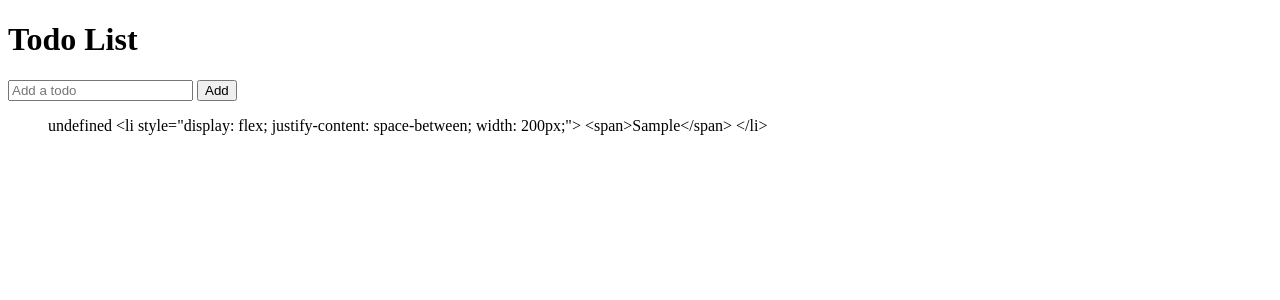
Repository: ble-syn/Todo-list
Page: index.html
The author's editor kept a copy of each file at every save. The page is drawn from the files as they stood at one save, then again after the next save.
The browser window is 1280 px wide. The pictures show the whole page.
Empty fields were first filled with sample values (such as "Sample", 5 or name@example.com).
After loading, the first visible `button` was clicked once.

Above is the page before, as saved 2022-10-20 17:39:32.

### index.html
<!DOCTYPE html>
<html lang="en">
<head>
    <meta charset="UTF-8">
    <meta http-equiv="X-UA-Compatible" content="IE=edge">
    <meta name="viewport" content="width=device-width, initial-scale=1.0">
    <title>Todo List</title>
</head>
<body>

    <main>
        <h1>Todo List</h1>
            <input type="text" name="todo" placeholder="Add a todo">
            <button>Add</button>
            <ul id="list"></ul>
    </main>

    <script src="app.js"></script>
</body>
</html>

### app.js
const todo = document.querySelector("input");
const button = document.querySelector("button");
let todoList = document.querySelector("#list");

let todoArray = [];

function render() {
  let items;
  const getLocalStorage = JSON.parse(localStorage.getItem("todos"));
  getLocalStorage.forEach((element) => {
    items += `
            <li style="display: flex; justify-content: space-between; width: 200px;">
                <span>${element}</span>

            </li>
        `;
  });
  todoList.insertAdjacentText("beforeend", items);
  console.log(typeof todoList)
}

function delFunc() {
    localStorage.removeItem("todos");
  render();
}

button.addEventListener("click", () => {
  const value = todo.value;
  if (value === "") {
    return;
  }
  todoArray.push(value);
//   const todo = {
//     id: Date.now(),
//     name: item,
//     completed: false
//   };
  localStorage.setItem("todos", JSON.stringify(todoArray));
  render();
  todo.value = "";

});
// render()

// localStorage.setItem("lastname", "Smith");
// localStorage.getItem("lastname");

After the next save:
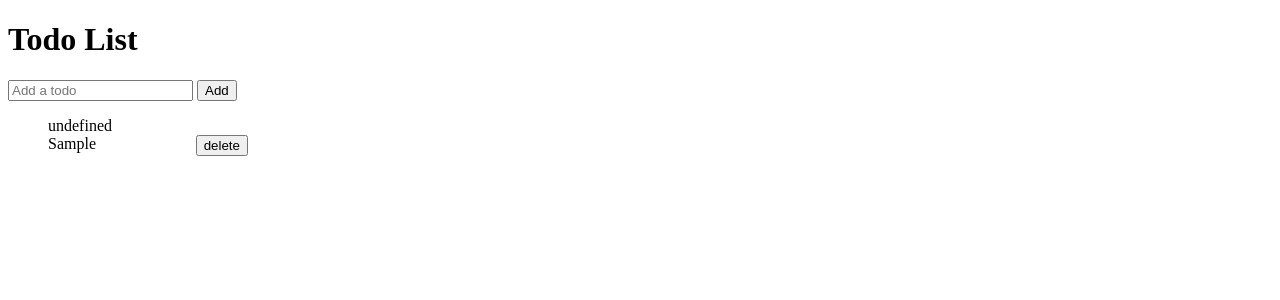
Saved 31 s later.
--- a/app.js
+++ b/app.js
@@ -7,15 +7,17 @@ let todoArray = [];
 function render() {
   let items;
   const getLocalStorage = JSON.parse(localStorage.getItem("todos"));
+
   getLocalStorage.forEach((element) => {
     items += `
             <li style="display: flex; justify-content: space-between; width: 200px;">
                 <span>${element}</span>
+                <button onclick="delFunc()">delete</button>
 
             </li>
         `;
   });
-  todoList.insertAdjacentText("beforeend", items);
+  todoList.innerHTML = items;
   console.log(typeof todoList)
 }
 
